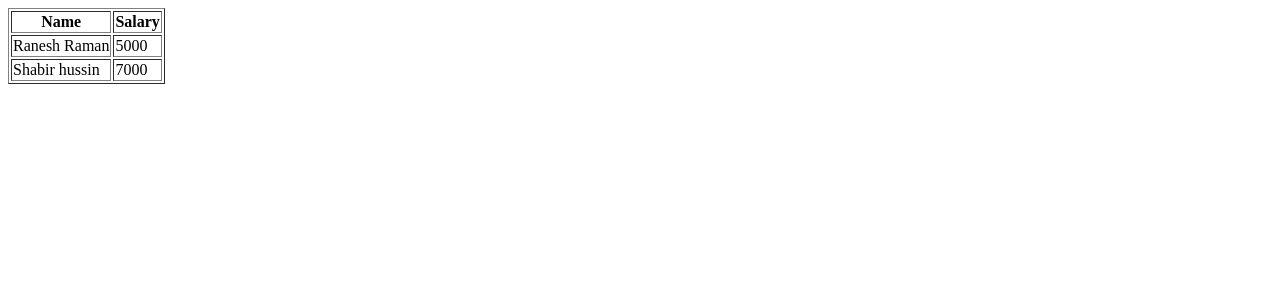
Repository: wakoya-tech/Node.js
Page: Desktop/Node-js/okey.html
These files come from the project's save history. The page is drawn as it stood at one moment and after the next save; the edit follows.
The browser window is 1280 px wide. The pictures show the whole page.

Above is the page before, as saved 2025-11-13 11:17:56.

### Desktop/Node-js/okey.html
<!DOCTYPE html>
<html lang="en">
<head>
    <meta charset="UTF-8">
    <meta name="viewport" content="width=device-width, initial-scale=1.0">
    <title>Document</title>
</head>
<body>
<table border="1">
    <tr>
        <th>Name</th><th>Salary</th>
    </tr>
    <tr>
    <td>Ranesh Raman</td><td>5000</td>
    </tr>
    <tr>
        <td>Shabir hussin</td><td>7000</td>
        </tr>
</table>
</body>
</html>

After the next save:
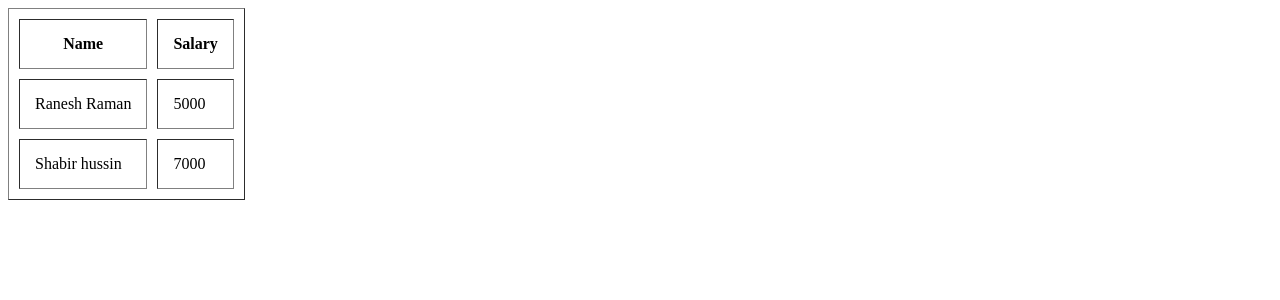
Saved 59 s later.
--- a/Desktop/Node-js/okey.html
+++ b/Desktop/Node-js/okey.html
@@ -6,7 +6,7 @@
     <title>Document</title>
 </head>
 <body>
-<table border="1">
+<table border="1" cellpadding="15"cellspacing="10">
     <tr>
         <th>Name</th><th>Salary</th>
     </tr>
